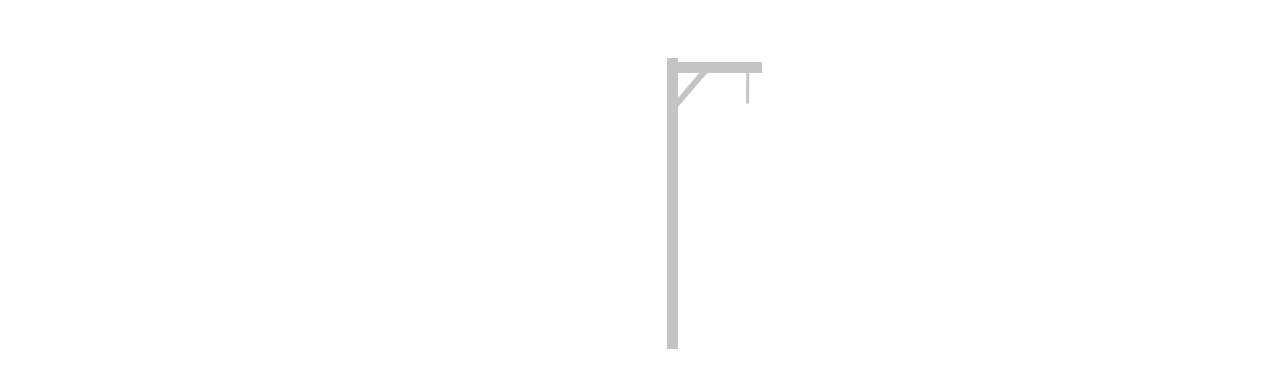
Repository: jatinhchanchlani/hangman
Page: /
An editor plug-in stored every save of this project. The page is shown before and after the next save, followed by the edit.
The browser window is 1280 px wide. The pictures show the whole page.
The project was rebuilt for these pictures with package versions that can differ from the ones it lists, and the page was loaded fresh each time. Also part of the build but not shown: src/App.css.

Above is the page before, as saved 2020-10-04 16:46:15.

After the next save:
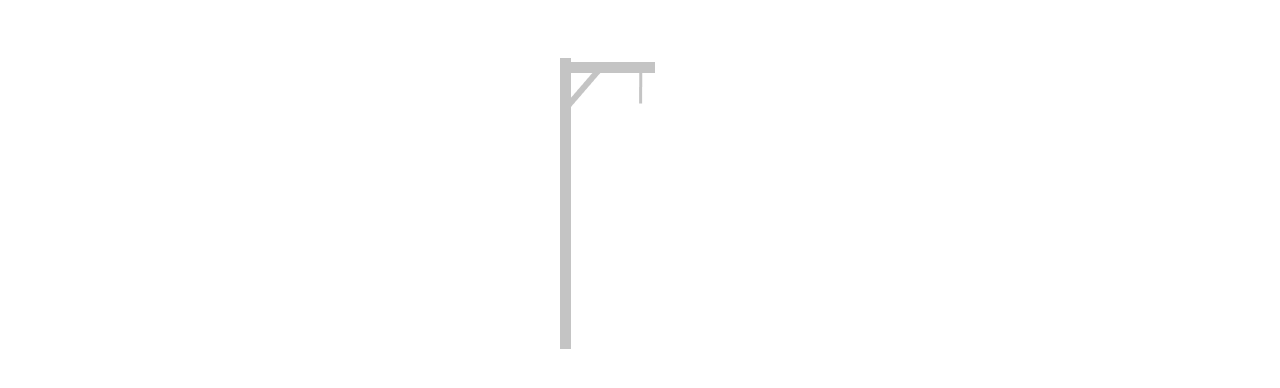
Saved 5 s later.
--- a/src/components/game.jsx
+++ b/src/components/game.jsx
@@ -7,7 +7,7 @@ class Game extends Component {
     return (
       <div className="container-fluid">
         <div className="row">
-          <div className="col col-sm-6"></div>
+          <div className="col col-sm-5"></div>
           <Image />
         </div>
       </div>
